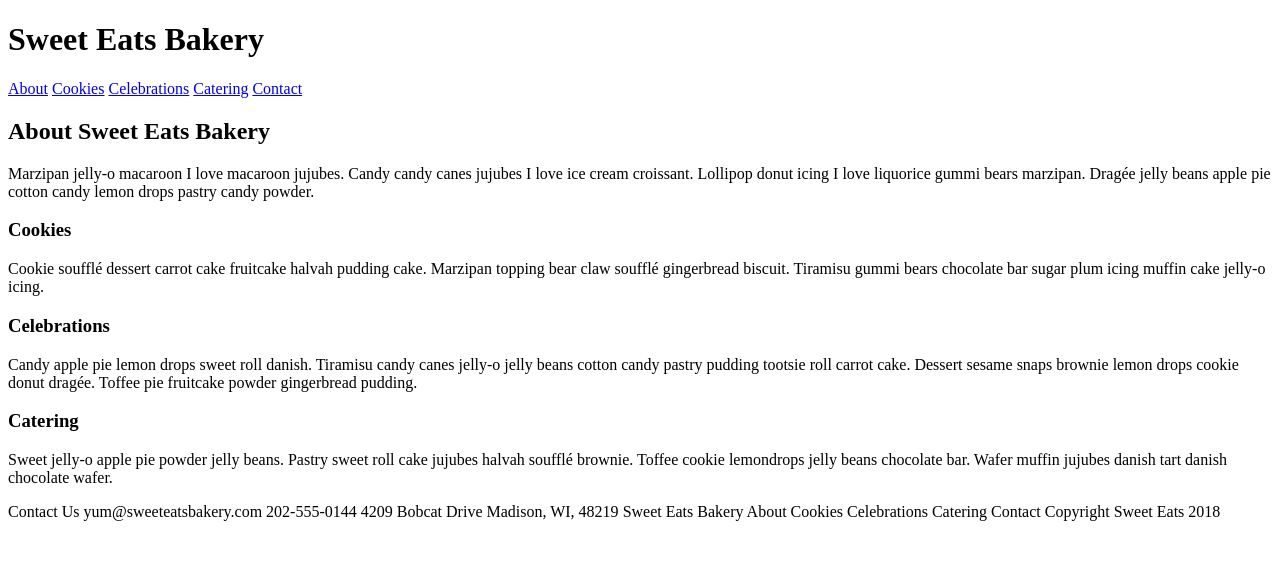
Repository: yoshimario/web-module-challenge-user-interface
Page: index.html
These files come from the project's save history. The page is drawn as it stood at one moment and after the next save; the edit follows.
The browser window is 1280 px wide. The pictures show the whole page.
Some web fonts or font styles are not loaded; a fallback is used.

Above is the page before, as saved 2023-05-14 14:47:01.

After the next save:
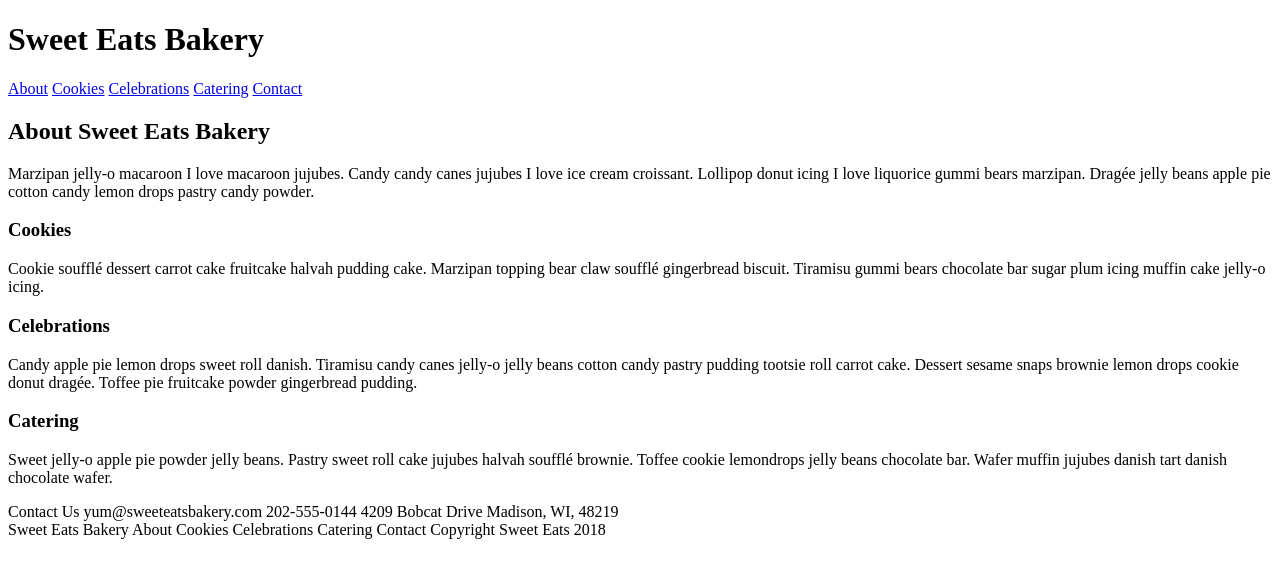
Saved 8 s later.
--- a/index.html
+++ b/index.html
@@ -62,7 +62,7 @@ yum@sweeteatsbakery.com
 202-555-0144
 4209 Bobcat Drive
 Madison, WI, 48219
-
+<section
 <!-- footer -->
 Sweet Eats Bakery
 
